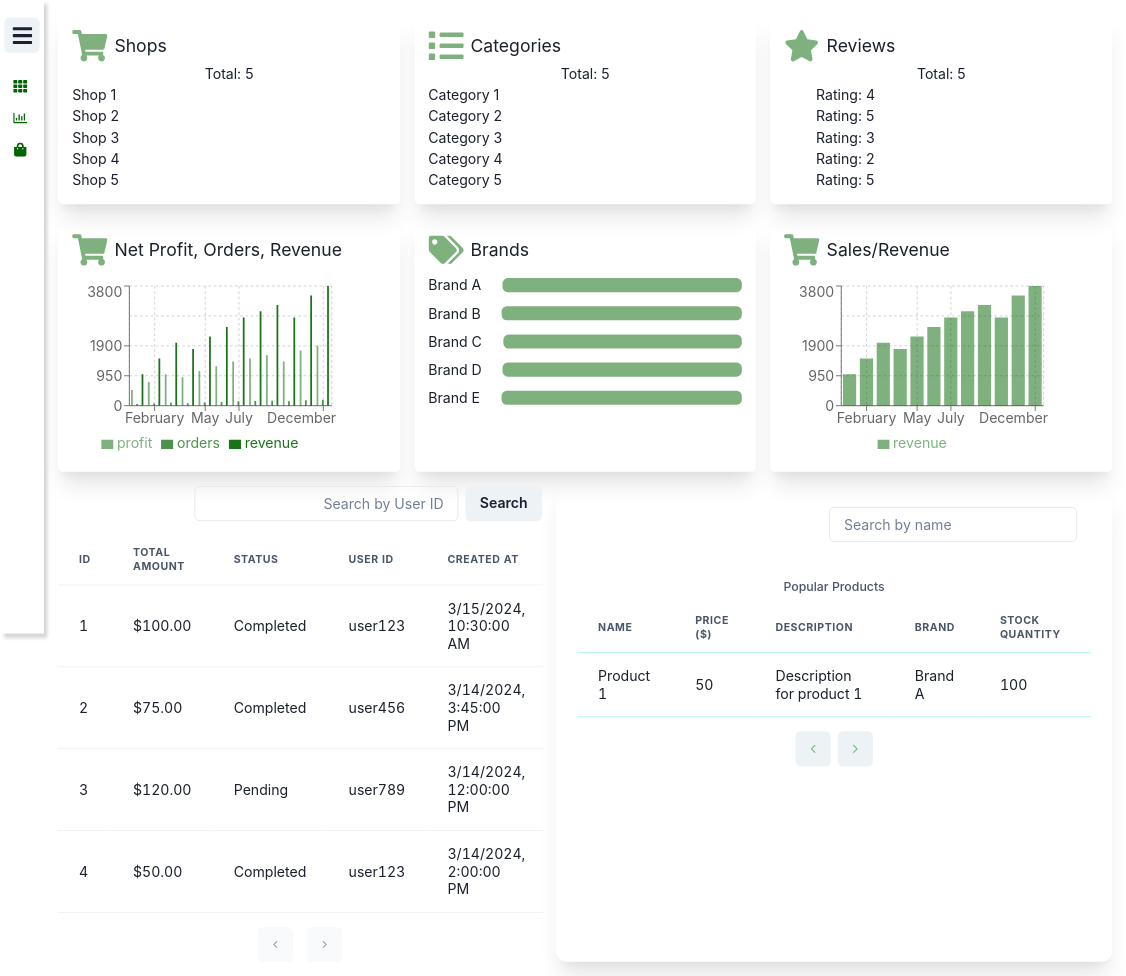
Repository: Andarg01/chakra-dashboard
Page: /analytics
These files come from the project's save history. The page is drawn as it stood at one moment and after the next save; the edit follows.
The browser window is 1280 px wide. The pictures show the whole page, at 88% of full size.
The project was rebuilt for these pictures with package versions that can differ from the ones it lists, and the page was loaded fresh each time. Also part of the build but not shown: src/components/ProductModal.tsx, src/components/ProductTable.tsx, src/pages/ProductList.tsx, src/components/Statics.tsx, src/components/AnalyticalCard.tsx, src/components/Dashboard.tsx.

Above is the page before, as saved 2024-03-18 05:16:01.

### src/index.tsx
import React from 'react';
import ReactDOM from 'react-dom/client';
import './index.css';
import App from './App';

import { ChakraProvider } from '@chakra-ui/react';


const root = ReactDOM.createRoot(
  document.getElementById('root') as HTMLElement
);
root.render(

  <React.StrictMode>
  <ChakraProvider>
    <App />
    </ChakraProvider>
  </React.StrictMode>

);

### src/App.tsx
import React from 'react'
import ProductList from './pages/ProductList'
import Dashboard from './components/Dashboard'
import Sidebar from './components/Sidebar';
import Analytics from './pages/Analytics';
import { BrowserRouter, Route, Routes } from 'react-router-dom';
const App = () => {
  return (
    <div>
    <BrowserRouter>
    <Sidebar>
      <Routes>
      <Route path="/" element={<Dashboard />}/>
      <Route path="/dashboard" element={<Dashboard />}/>
      <Route path="/analytics" element={<Analytics  />} />
      <Route path="/product" element={<ProductList />}/>

      </Routes>
    </Sidebar>
  </BrowserRouter>
    </div>
  )
}

export default App





















// import React from 'react';
// import { BrowserRouter, Route, Routes } from 'react-router-dom';
// import Sidebar from './components/Sidebar';

// import Dashboard from './pages/Dashboard'

// import Analytics from './pages/AnalyticsPage'

// import ProductList from './ProductList';
// import './App.css';


// // import { ChakraProvider } from '@chakra-ui/react';

// type SaleData = {
//   date: string;
//   amount: number;
// };

// type RevenueData = {
//   month: string;
//   revenue: number;
// };

// const App: React.FC = () => {
//   const saleData: SaleData[] = [
//     { date: '2022-01-01', amount: 100 },
//     { date: '2022-01-02', amount: 150 },
//     { date: '2022-01-03', amount: 200 },
//     { date: '2022-01-04', amount: 120 },
//     { date: '2022-01-05', amount: 180 },
//     { date: '2022-01-06', amount: 90 },
//     { date: '2022-01-07', amount: 110 },
//     { date: '2022-01-08', amount: 130 },
//     { date: '2022-01-09', amount: 170 },
//     { date: '2022-01-10', amount: 160 },
//   ];

//   const revenueData: RevenueData[] = [
//     { month: 'January', revenue: 500 },
//     { month: 'February', revenue: 700 },
//     { month: 'March', revenue: 600 },
//     { month: 'April', revenue: 800 },
//     { month: 'May', revenue: 900 },
//     { month: 'June', revenue: 750 },
//     { month: 'July', revenue: 850 },
//     { month: 'August', revenue: 950 },
//     { month: 'September', revenue: 700 },
//     { month: 'October', revenue: 850 },
//   ];

//   return (
//     // <ChakraProvider>
//       <div>
//         <BrowserRouter>
//           <Sidebar>
//             <Routes>
//               <Route path="/" element={<Dashboard saleData={saleData} revenueData={revenueData} />} />
//               <Route path="/dashboard" element={<Dashboard saleData={saleData} revenueData={revenueData} />} />

//               <Route path="/analytics" element={<Analytics />} />
//               <Route path="/product" element={<ProductList />} />

//             </Routes>
//           </Sidebar>
//         </BrowserRouter>
//       </div>
//     {/* </ChakraProvider> */}
//   );
// };

// export default App;

### src/components/Sidebar.tsx

import React, { useState } from 'react';
import {
  FaTh,
  FaBars,
  FaShoppingBag,
  FaRegChartBar,
} from 'react-icons/fa';

import { NavLink } from 'react-router-dom';
import { Box, IconButton, Text, Flex } from '@chakra-ui/react';

interface MenuItem {
  path: string;
  name: string;
  icon: JSX.Element;
}

const Sidebar: React.FC<React.PropsWithChildren<{}>> = ({ children }) => {
  const [isOpen, setIsOpen] = useState(false);

  const toggle = () => setIsOpen(!isOpen);

  const menuItems: MenuItem[] = [
    {
      path: '/',
      name: 'Dashboard',
      icon: <FaTh />,
    },
    {
      path: '/analytics',
      name: 'Analytics',
      icon: <FaRegChartBar />,
  },
    {
      path: '/product',
      name: 'Product',
      icon: <FaShoppingBag />,
    },
  ];

  return (
    <Flex>
      <Box
        width={isOpen ? '200px' : '50px'}
        bg="#fff"
        boxShadow="5px 5px 4px rgb(212, 212, 212)"
        color="#000"
        height="100vh"
        transition="all 0.5s"
        overflowX="hidden"
      >
        <Flex
          className="top_section"
          direction="column"
          align="center"
          justify="center"
          p="20px 15px"
        >
          <Text fontSize={isOpen ? '30px' : '0'} className="logo">
            Logo
          </Text>
          <IconButton
            marginLeft={isOpen ? '50px' : '0px'}
            className="bars"
            fontSize="25px"
            aria-label="Toggle Sidebar"
            icon={<FaBars />}
            onClick={toggle}
          />
        </Flex>
        {menuItems.map((item, index) => (
          <NavLink to={item.path} key={index} className="link">
            <Flex
              p="10px 15px"
              color="#006400"
              _hover={{ bgColor: ' #006400', color: '#fff', margin: '10px', borderRadius: '10px' }}
              _active={{ bgColor: ' #006400', color: '#fff', margin: '10px', borderRadius: '10px' }}
            >
              <Box className="icon" marginRight="3">
                {item.icon}
              </Box>
              <Text
                display={isOpen ? 'block' : 'none'}
                className="link_text text-sm"
                marginLeft="3"
              >
                {item.name}
              </Text>
            </Flex>
          </NavLink>
        ))}
      </Box>
      <Box flex="1">{children}</Box>
    </Flex>
  );
};

export default Sidebar;

### src/components/PopularProductsPage.tsx
import React, { useState } from 'react';
import {
  Box,
  Table,
  Thead,
  Tbody,
  Tr,
  Th,
  Td,
  TableCaption,
  useBreakpointValue,
  Input,
  IconButton,
  Flex,
} from '@chakra-ui/react';
import { FiChevronLeft, FiChevronRight } from 'react-icons/fi';

interface Product {
  id: string;
  name: string;
  price: number;
  description: string;
  imageUrl: string;
  brand: string;
  stockQuantity: number;
}

const PopularProductsPage: React.FC = () => {
  const [searchQuery, setSearchQuery] = useState<string>('');
  const [currentPage, setCurrentPage] = useState<number>(1);
  const [itemsPerPage] = useState<number>(5);

  // Sample data
  const products: Product[] = [
    {
      id: '1',
      name: 'Product 1',
      price: 50,
      description: 'Description for product 1',
      imageUrl: 'https://via.placeholder.com/150',
      brand: 'Brand A',
      stockQuantity: 100,
    },
    // Add more sample data here
  ];

  // Always use 'simple' table variant
  const tableVariant = 'simple';

  // Filter products based on search query
  const filteredProducts = products.filter((product) =>
    product.name.toLowerCase().includes(searchQuery.toLowerCase())
  );

  // Pagination
  const totalPages = Math.ceil(filteredProducts.length / itemsPerPage);

  const nextPage = () => {
    setCurrentPage((prevPage) => Math.min(prevPage + 1, totalPages));
  };

  const prevPage = () => {
    setCurrentPage((prevPage) => Math.max(prevPage - 1, 1));
  };

  const startIndex = (currentPage - 1) * itemsPerPage;
  const endIndex = startIndex + itemsPerPage;
  const paginatedProducts = filteredProducts.slice(startIndex, endIndex);

  return (
    <Box boxShadow="xl" p={6} borderRadius="xl">
      <Flex justify="flex-end" mb={4}>
        <Input
          placeholder="Search by name"
          value={searchQuery}
          onChange={(e) => setSearchQuery(e.target.value)}
          width={{ base: '100%', sm: 'auto' }} // Adjusted width
          mr={{ base: 0, sm: 4 }} // Margin on small screens
        />
      </Flex>
      <Table variant={tableVariant} size="md" colorScheme="teal">
        <TableCaption placement="top">Popular Products</TableCaption>
        <Thead>
          <Tr>
            <Th>Name</Th>
            <Th>Price ($)</Th>
            <Th>Description</Th>
            <Th>Brand</Th>
            <Th>Stock Quantity</Th>
          </Tr>
        </Thead>
        <Tbody>
          {paginatedProducts.map((product) => (
            <Tr key={product.id}>
              <Td>{product.name}</Td>
              <Td>{product.price}</Td>
              <Td>{product.description}</Td>
              <Td>{product.brand}</Td>
              <Td>{product.stockQuantity}</Td>
            </Tr>
          ))}
        </Tbody>
      </Table>
      <Flex justify="center" mt={4}>
        <IconButton
          aria-label="Previous page"
          icon={<FiChevronLeft />}
          color="#00800080"
          onClick={prevPage}
          disabled={currentPage === 1}
          mr={2}
        />
        <IconButton
        color="#00800080"
          aria-label="Next page"
          icon={<FiChevronRight />}
          onClick={nextPage}
          disabled={currentPage === totalPages}
        />
      </Flex>
    </Box>
  );
};

export default PopularProductsPage;

### src/components/RecentSalesTable.tsx
import React, { useEffect, useState } from 'react';
import { Box, Table, Thead, Tbody, Tr, Th, Td, Spinner, Input, Button, Flex, IconButton } from '@chakra-ui/react';
import { ChevronLeftIcon, ChevronRightIcon } from '@chakra-ui/icons';

// Sample sales data
const sampleSalesData = [
    {
        id: '1',
        totalAmount: 100,
        status: 'Completed',
        userId: 'user123',
        createdAt: '2024-03-15T10:30:00Z',
        orderItems: [
          { productId: 'p1', quantity: 2, price: 50 },
          { productId: 'p2', quantity: 1, price: 50 }
        ]
      },
      {
        id: '2',
        totalAmount: 75,
        status: 'Completed',
        userId: 'user456',
        createdAt: '2024-03-14T15:45:00Z',
        orderItems: [
          { productId: 'p3', quantity: 3, price: 25 },
          { productId: 'p4', quantity: 1, price: 50 }
        ]
      },
      {
        id: '3',
        totalAmount: 120,
        status: 'Pending',
        userId: 'user789',
        createdAt: '2024-03-14T12:00:00Z',
        orderItems: [
          { productId: 'p5', quantity: 2, price: 60 },
          { productId: 'p6', quantity: 2, price: 30 }
        ]
      },
      {
        id: '4',
        totalAmount: 50,
        status: 'Completed',
        userId: 'user123',
        createdAt: '2024-03-14T14:00:00Z',
        orderItems: [
          { productId: 'p7', quantity: 1, price: 50 }
        ]
      },
];

const ITEMS_PER_PAGE = 5;

const RecentSalesTable: React.FC = () => {
  const [sales, setSales] = useState(sampleSalesData);
  const [loading, setLoading] = useState(false);
  const [searchUserId, setSearchUserId] = useState('');
  const [currentPage, setCurrentPage] = useState(1);

  useEffect(() => {
    // Simulating API call to fetch recent sales data
    setLoading(true);
    setTimeout(() => {
      setSales(sampleSalesData);
      setLoading(false);
    }, 1000);
  }, []);

  const handleSearch = () => {
    const filtered = sampleSalesData.filter(sale => sale.userId.toLowerCase().includes(searchUserId.toLowerCase()));
    setSales(filtered);
    setCurrentPage(1); // Reset to the first page after search
  };

  const nextPage = () => {
    setCurrentPage(prevPage => prevPage + 1);
  };

  const prevPage = () => {
    setCurrentPage(prevPage => Math.max(prevPage - 1, 1));
  };

  const indexOfLastItem = currentPage * ITEMS_PER_PAGE;
  const indexOfFirstItem = indexOfLastItem - ITEMS_PER_PAGE;
  const currentItems = sales.slice(indexOfFirstItem, indexOfLastItem);

  return (
    <Box overflowX="auto">
      <Box mb={4} display="flex" justifyContent="flex-end">
        <Input
          placeholder="Search by User ID"
          value={searchUserId}
          onChange={(e) => setSearchUserId(e.target.value)}
          size="md"
          width="300px" // Adjusted width
          textAlign="right" // Right alignment
          mr={2}
        />
        <Button onClick={handleSearch}>Search</Button>
      </Box>
      <Table variant="simple">
        <Thead>
          <Tr>
            <Th>ID</Th>
            <Th>Total Amount</Th>
            <Th>Status</Th>
            <Th>User ID</Th>
            <Th>Created At</Th>
          </Tr>
        </Thead>
        <Tbody>
          {currentItems.map((sale) => (
            <Tr key={sale.id}>
              <Td>{sale.id}</Td>
              <Td>${sale.totalAmount.toFixed(2)}</Td>
              <Td>{sale.status}</Td>
              <Td>{sale.userId}</Td>
              <Td>{new Date(sale.createdAt).toLocaleString()}</Td>
            </Tr>
          ))}
        </Tbody>
      </Table>
      <Flex justify="center" mt={4}>
        <IconButton
          icon={<ChevronLeftIcon />}
          aria-label="Previous Page"
          onClick={prevPage}
          isDisabled={currentPage === 1}
          mr={2}
        />
        <IconButton
          icon={<ChevronRightIcon />}
          aria-label="Next Page"
          onClick={nextPage}
          isDisabled={indexOfLastItem >= sales.length}
          ml={2}
        />
      </Flex>
    </Box>
  );
};

export default RecentSalesTable;

Loaded but not shown: public/index.html (common file); src/index.css (common file); src/pages/Analytics.tsx (1152 lines, source omitted)

After the next save:
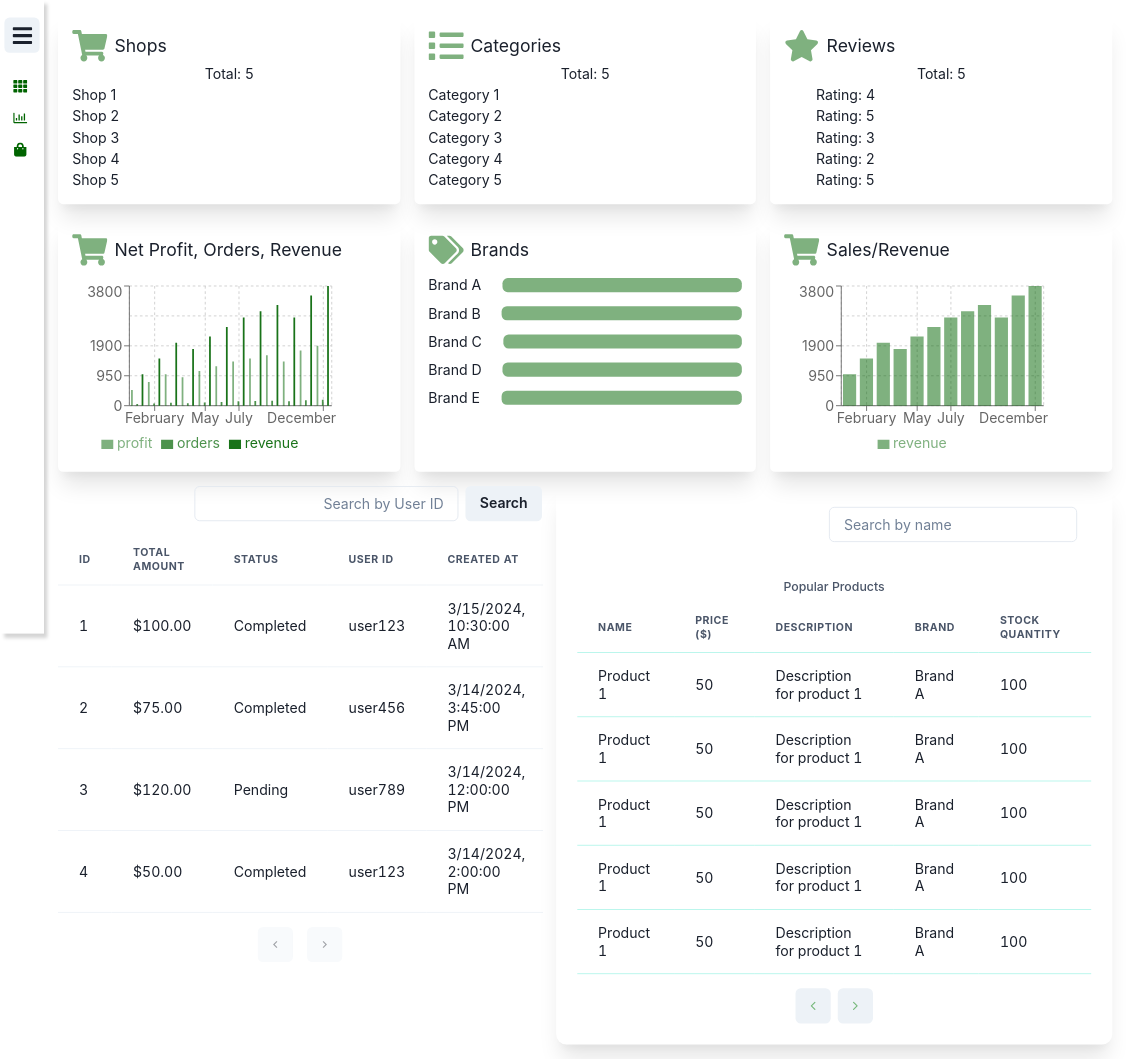
Saved 20 s later.
--- a/src/components/PopularProductsPage.tsx
+++ b/src/components/PopularProductsPage.tsx
@@ -32,6 +32,42 @@ const PopularProductsPage: React.FC = () => {
 
   // Sample data
   const products: Product[] = [
+    {
+      id: '1',
+      name: 'Product 1',
+      price: 50,
+      description: 'Description for product 1',
+      imageUrl: 'https://via.placeholder.com/150',
+      brand: 'Brand A',
+      stockQuantity: 100,
+    },
+    {
+      id: '1',
+      name: 'Product 1',
+      price: 50,
+      description: 'Description for product 1',
+      imageUrl: 'https://via.placeholder.com/150',
+      brand: 'Brand A',
+      stockQuantity: 100,
+    },
+    {
+      id: '1',
+      name: 'Product 1',
+      price: 50,
+      description: 'Description for product 1',
+      imageUrl: 'https://via.placeholder.com/150',
+      brand: 'Brand A',
+      stockQuantity: 100,
+    },
+    {
+      id: '1',
+      name: 'Product 1',
+      price: 50,
+      description: 'Description for product 1',
+      imageUrl: 'https://via.placeholder.com/150',
+      brand: 'Brand A',
+      stockQuantity: 100,
+    },
     {
       id: '1',
       name: 'Product 1',
